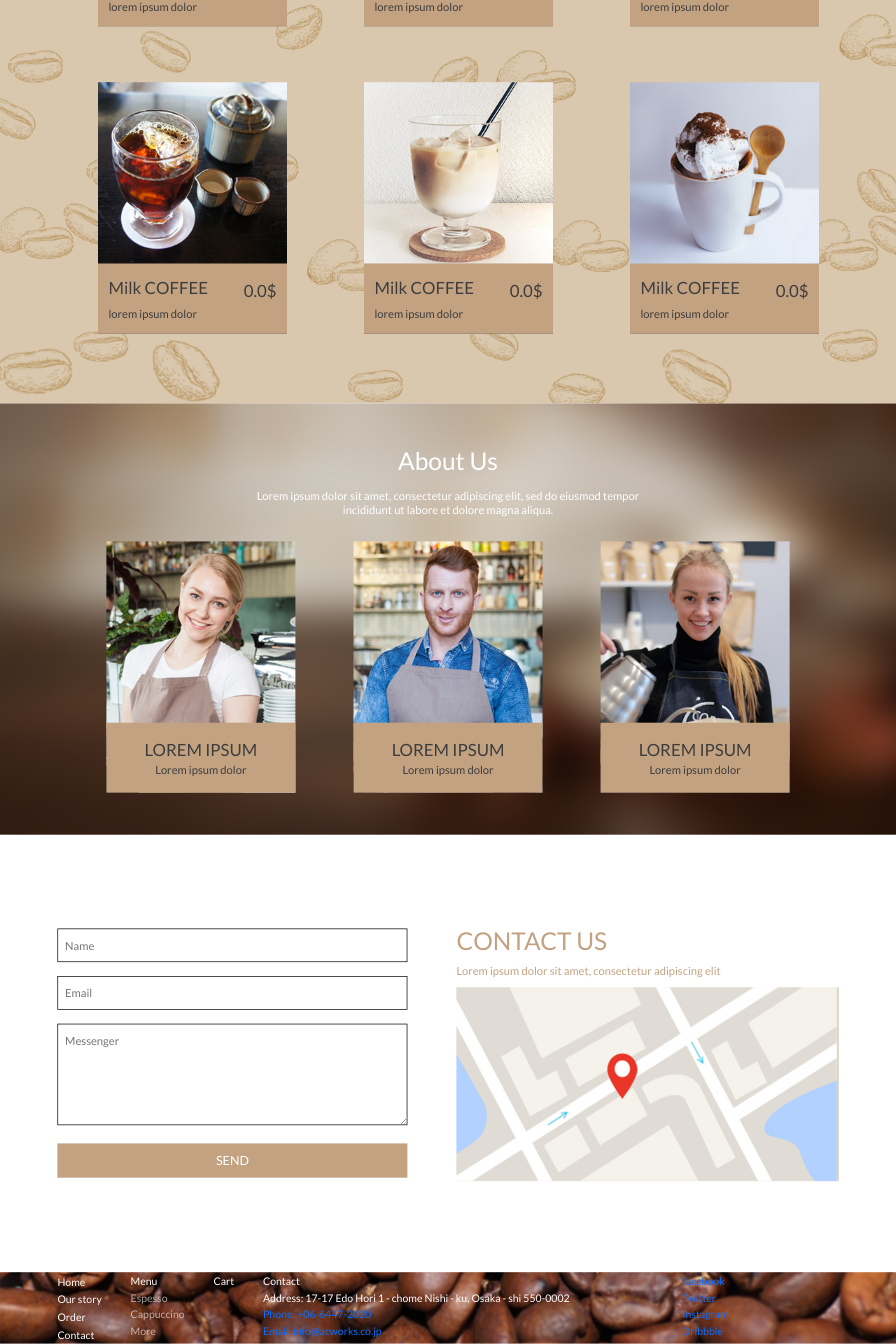
Repository: kuluong2000/coffe
Page: index.html
An editor plug-in stored every save of this project. The page is shown before and after the next save, followed by the edit.
The browser window is 1280 px wide. The pictures show the part of the page from y = 1778 to 3698 px (the page is 3698 px tall), at 70% of full size.

Above is the page before, as saved 2021-10-06 20:42:20.

After the next save:
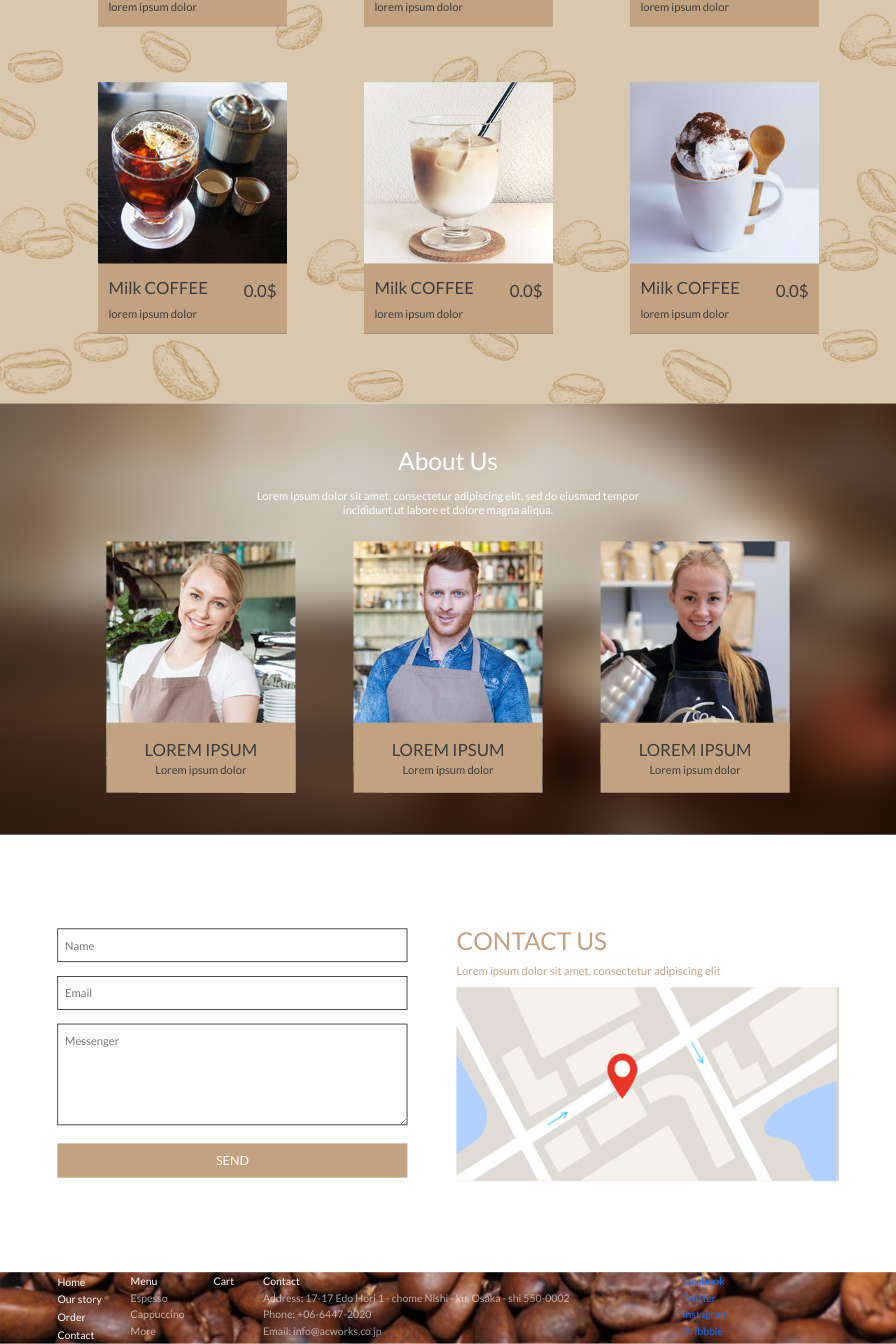
Saved 90 s later.
--- a/Assets/css/style.css
+++ b/Assets/css/style.css
@@ -380,8 +380,15 @@ body{
 .footer-menu-link:hover{
     color: #c3a281;
 }
-.footer-menu-text{
+.footer-menu-text,
+.footer-contact-address,
+.footer-contact-phone,
+.footer-contact-email{
     font-size: 15px;
     color: white;
     opacity: 0.6;
 }
+.footer-menu-text:hover{
+    opacity: 1;
+    color: #c3a281;
+}
